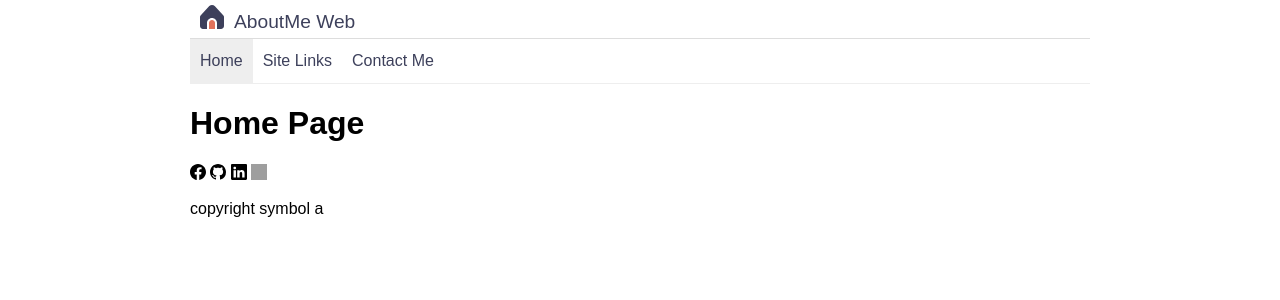
Repository: JoyUdoh106/wdd231
Page: index.html
These files come from the project's save history. The page is drawn as it stood at one moment and after a run of saves; the edit follows.
The browser window is 1280 px wide. The pictures show the whole page.
Pictures or frames that could not be fetched are drawn as grey boxes.

Above is the page before, as saved 2026-01-10 20:13:33.

### index.html
<!DOCTYPE html>
<html lang="en">
<head>
    <meta charset="UTF-8">
    <meta name="viewport" content="width=device-width, initial-scale=1.0">
    <title>Joy Paulinus Udoh Site | Home Page</title>
    <meta name="description" content="My Site">
    <meta name="author" content="Joy Paulinus Udoh">

    <!-- Style Sheets Here -->
    <link rel="stylesheet" href="styles/base.css">
    <link rel="stylesheet" href="styles/larger.css">
    <link rel="stylesheet" href="styles/normalize.css">

</head>
<body>
    <header>
        <img src="images/home.svg" alt="Site Logo" width="512" height="512">
        <span>AboutMe Web</span>
        <button id="ham-btn" class="hamburger"></button>
    </header>
    <nav id="nav-bar" class="navigation">
        <ul>
            <li class="current"><a href="#">Home</a></li>
            <li><a href="#">Site Links</a></li>
            <li><a href="#">Contact Me</a></li>
        </ul>
    </nav>
    <main>
        <h1>Home Page</h1>
    </main>
    <footer>
        <div class="social">
            <a href="" target="_blank"><img src="images/facebook.svg" alt="facebook" width="16" height="16"></a>
            <a href="" target="_blank"><img src="images/github.svg" alt="github" width="16" height="16"></a>
            <a href="" target="_blank"><img src="images/linkedin.svg" alt="" width="16" height="16"></a>
            <a href="" target="_blank"><img src="images/microsoft-teams.svg" alt="" width="16" height="16"></a>
        </div>
        <p>copyright symbol a</p>
    </footer>
    <script src="scripts/navigation.js"></script>
</body>
</html>

### styles/base.css
/* --------- Color Scheme ----------
terra cotta #E2725B
deep slate blue #3D405B,
*/

/********************** SITE WIDE *************************/
* {
    font-family: "Josefin Sans", sans-serif;
    box-sizing: border-box;
}

/********************* HEADER *********************/
header {
    display: grid;
    grid-template-columns: 24px auto 44px;
    padding: 5px 0 5px 10px;
    align-items: end;
    border-bottom: solid 1px #ddd;
    column-gap: 10px;
}

header img {
    display: block;
    width: 100%;
    height: auto;
    padding-bottom: 4px;
}

header span {
    font-size: 1.2rem;
    color: #3D405B;
}

/********************* HAMBURGER *********************/
.hamburger {
    background-color: none;
    border: none;
    font-size: 2rem;
    color: #3D405B;
    cursor: pointer;
    font-family: Verdana, Geneva, Tahoma, sans-serif;
}

.hamburger::before {
    content: "\2630";
}

.hamburger.show::before {
    content: "\00D7";
}

/********************* NAVIGATION *********************/
.navigation {
    display: none;
}

.navigation.show {
    display: block;
}

.navigation ul {
    list-style-type: none;
    margin: 0;
    padding: 0;
}

.navigation a {
    display: block;
    padding: .8rem 10px;
    color: #3D405B;
    text-decoration: none;
    border-bottom: solid 1px #ddd;
}

.navigation li.current {
    background-color: #eee;
}

.navigation a:hover {
    background-color: #E2725B;
}


h1 {
    margin-left: 10px;
}

### styles/larger.css
@media only screen and (min-width: 38rem) {
    header, main, nav, footer {
        max-width: 900px;
        margin: 0 auto;
    }


    header {
        grid-template-columns: 24px auto;
    }

    .hamburger {
        display: none;
    }


    .navigation {
        display: block;
        border-bottom: solid 1px #eee;
    }

    .navigation ul {
        display: flex;
    }

    .navigation a {
        border: none;
    }

}

### images/home.svg
<?xml version="1.0" encoding="UTF-8"?>
<!-- Generator: Adobe Illustrator 25.0.0, SVG Export Plug-In . SVG Version: 6.00 Build 0)  -->
<svg xmlns="http://www.w3.org/2000/svg" xmlns:xlink="http://www.w3.org/1999/xlink" version="1.1" id="Capa_1" x="0px" y="0px" viewBox="0 0 512 512" style="enable-background:new 0 0 512 512;" xml:space="preserve" width="512" height="512">
	<g>
		<path d="M362.667,383.841v128H448c35.346,0,64-28.654,64-64V253.26c0.005-11.083-4.302-21.733-12.011-29.696l-181.29-195.99    c-31.988-34.61-85.976-36.735-120.586-4.747c-1.644,1.52-3.228,3.103-4.747,4.747L12.395,223.5    C4.453,231.496-0.003,242.31,0,253.58v194.261c0,35.346,28.654,64,64,64h85.333v-128c0.399-58.172,47.366-105.676,104.073-107.044    C312.01,275.383,362.22,323.696,362.667,383.841z" fill="#3D405B"/>
		<path d="M256,319.841c-35.346,0-64,28.654-64,64v128h128v-128C320,348.495,291.346,319.841,256,319.841z" fill="#E2725B"/>
	</g>

</svg>

### scripts/navigation.js
// Store the selected elements that we are going to use
const navbutton = document.querySelector('#ham-btn');
const navlinks = document.querySelector('#nav-bar');

// Toggle the show class off and on
navbutton.addEventListener('click', () => {
    navbutton.classList.toggle('show');
    navlinks.classList.toggle('show');
});

### images/facebook.svg
<svg xmlns="http://www.w3.org/2000/svg" width="16" height="16" fill="currentColor" class="bi bi-facebook" viewBox="0 0 16 16">
  <path d="M16 8.049c0-4.446-3.582-8.05-8-8.05C3.58 0-.002 3.603-.002 8.05c0 4.017 2.926 7.347 6.75 7.951v-5.625h-2.03V8.05H6.75V6.275c0-2.017 1.195-3.131 3.022-3.131.876 0 1.791.157 1.791.157v1.98h-1.009c-.993 0-1.303.621-1.303 1.258v1.51h2.218l-.354 2.326H9.25V16c3.824-.604 6.75-3.934 6.75-7.951"/>
</svg>

### images/github.svg
<svg xmlns="http://www.w3.org/2000/svg" width="16" height="16" fill="currentColor" class="bi bi-github" viewBox="0 0 16 16">
  <path d="M8 0C3.58 0 0 3.58 0 8c0 3.54 2.29 6.53 5.47 7.59.4.07.55-.17.55-.38 0-.19-.01-.82-.01-1.49-2.01.37-2.53-.49-2.69-.94-.09-.23-.48-.94-.82-1.13-.28-.15-.68-.52-.01-.53.63-.01 1.08.58 1.23.82.72 1.21 1.87.87 2.33.66.07-.52.28-.87.51-1.07-1.78-.2-3.64-.89-3.64-3.95 0-.87.31-1.59.82-2.15-.08-.2-.36-1.02.08-2.12 0 0 .67-.21 2.2.82.64-.18 1.32-.27 2-.27s1.36.09 2 .27c1.53-1.04 2.2-.82 2.2-.82.44 1.1.16 1.92.08 2.12.51.56.82 1.27.82 2.15 0 3.07-1.87 3.75-3.65 3.95.29.25.54.73.54 1.48 0 1.07-.01 1.93-.01 2.2 0 .21.15.46.55.38A8.01 8.01 0 0 0 16 8c0-4.42-3.58-8-8-8"/>
</svg>

### images/linkedin.svg
<svg xmlns="http://www.w3.org/2000/svg" width="16" height="16" fill="currentColor" class="bi bi-linkedin" viewBox="0 0 16 16">
  <path d="M0 1.146C0 .513.526 0 1.175 0h13.65C15.474 0 16 .513 16 1.146v13.708c0 .633-.526 1.146-1.175 1.146H1.175C.526 16 0 15.487 0 14.854zm4.943 12.248V6.169H2.542v7.225zm-1.2-8.212c.837 0 1.358-.554 1.358-1.248-.015-.709-.52-1.248-1.342-1.248S2.4 3.226 2.4 3.934c0 .694.521 1.248 1.327 1.248zm4.908 8.212V9.359c0-.216.016-.432.08-.586.173-.431.568-.878 1.232-.878.869 0 1.216.662 1.216 1.634v3.865h2.401V9.25c0-2.22-1.184-3.252-2.764-3.252-1.274 0-1.845.7-2.165 1.193v.025h-.016l.016-.025V6.169h-2.4c.03.678 0 7.225 0 7.225z"/>
</svg>

Loaded but not shown: styles/normalize.css (library)

After the next 5 saves:
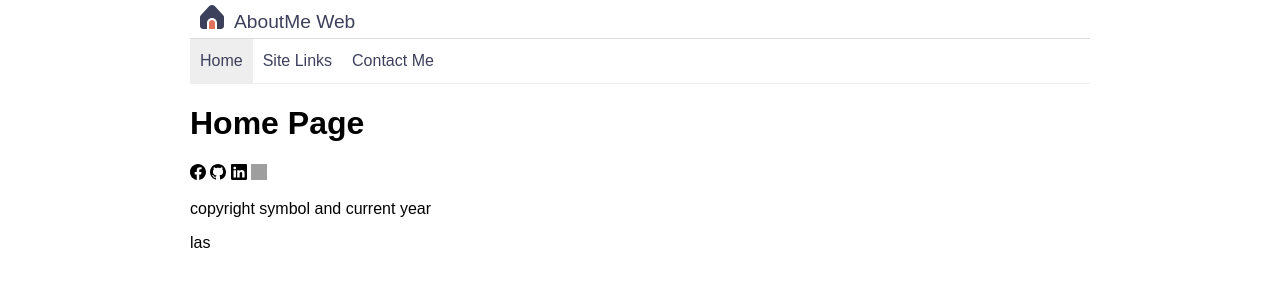
The 5 saves are shown as one change because they came seconds apart.
The last was saved 18 s later.
--- a/index.html
+++ b/index.html
@@ -36,7 +36,8 @@
             <a href="" target="_blank"><img src="images/linkedin.svg" alt="" width="16" height="16"></a>
             <a href="" target="_blank"><img src="images/microsoft-teams.svg" alt="" width="16" height="16"></a>
         </div>
-        <p>copyright symbol a</p>
+        <p>copyright symbol and current year</p>
+        <p>las</p>
     </footer>
     <script src="scripts/navigation.js"></script>
 </body>
